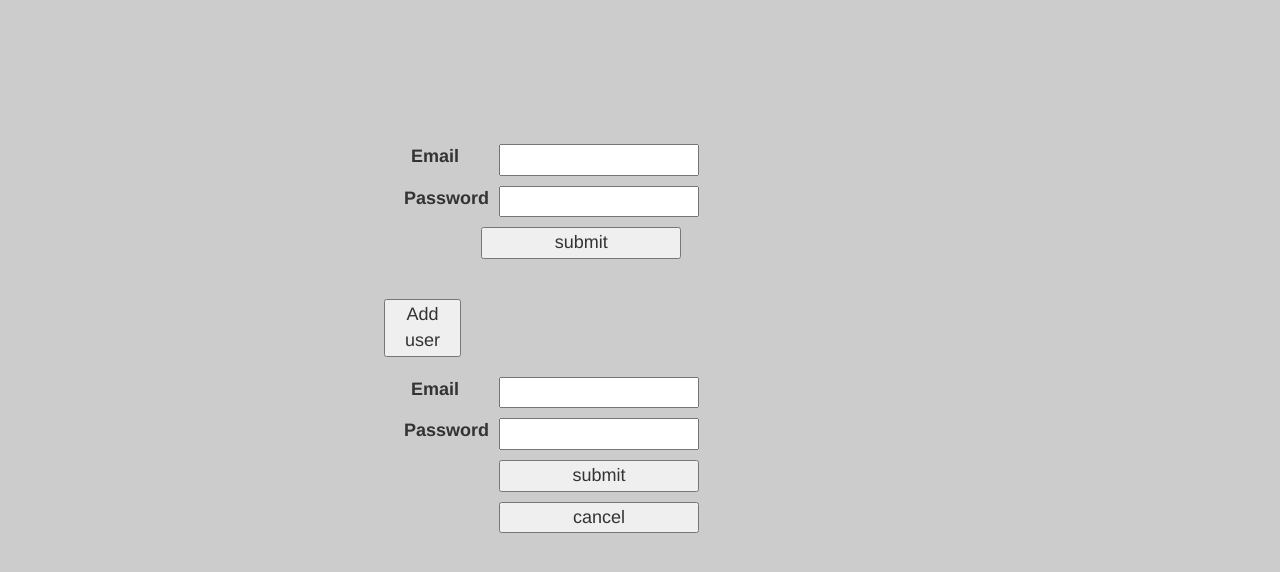
Repository: marijabroceta/ProjekatIB
Page: IB_Project_Shell/src/main/resources/static/index.html
These files come from the project's save history. The page is drawn as it stood at one moment and after the next save; the edit follows.
The browser window is 1280 px wide. The pictures show the whole page.

Above is the page before, as saved 2018-07-01 00:29:38.

After the next save:
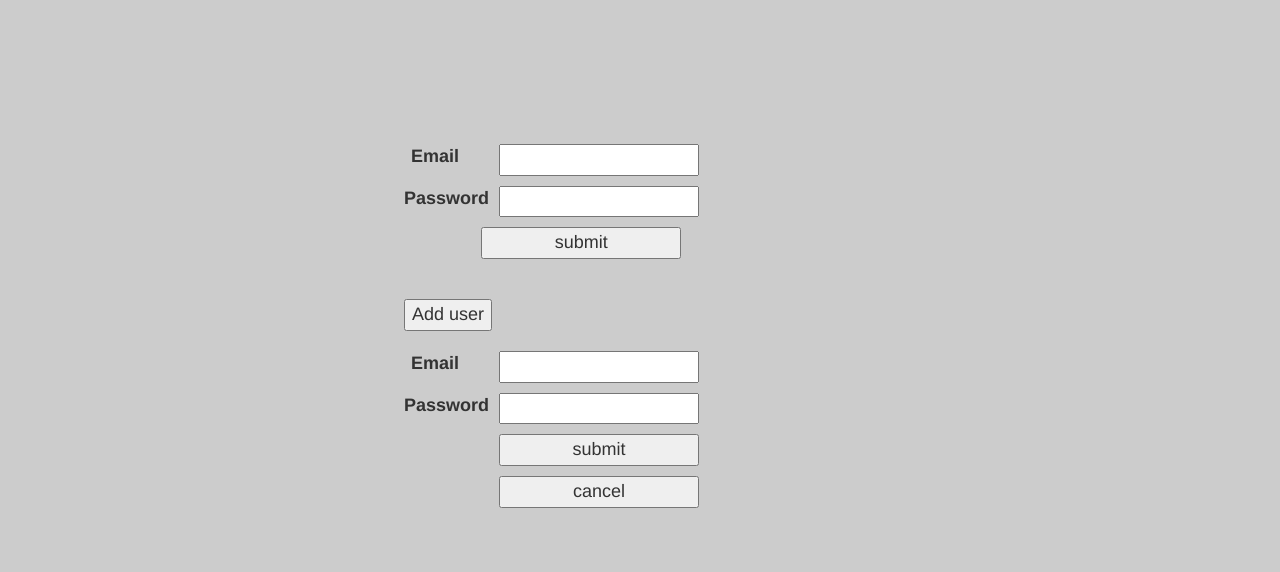
Saved 9 h 7 min later.
--- a/IB_Project_Shell/src/main/resources/static/css/login.css
+++ b/IB_Project_Shell/src/main/resources/static/css/login.css
@@ -49,5 +49,5 @@ br {
 #add_user{
 	margin-top: 30px;
 	margin-bottom:20px;
-	margin-right: 85%;
+	margin-right: 75%;
 }
